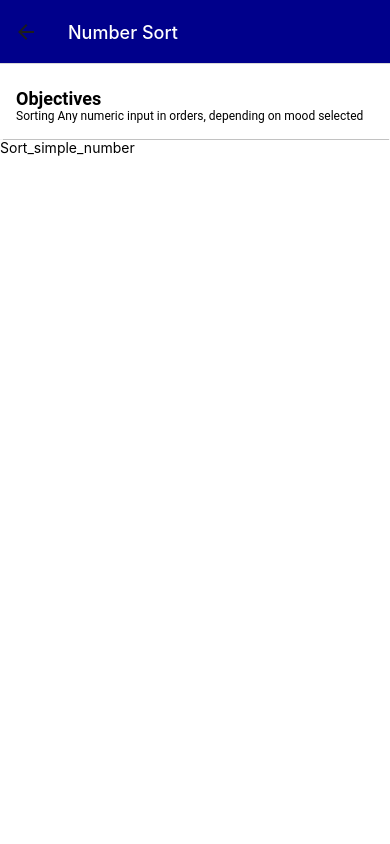
Repository: seyicoded/rn-crazy-algorithm-app
Screen: /Sort_simple_number
These files come from the project's save history. The screen is drawn as it stood at one moment and after the next save; the edit follows.
The app was drawn by React Native's web renderer in a window 390 px wide. The project was rebuilt for these pictures with package versions that can differ from the ones it lists, and the page was loaded fresh each time. Also part of the build but not shown: src/screens/sort.js, src/screens/filter.js, src/screens/advance.js, src/screens/sorts/Sort_alphabet.js.

Above is the screen before, as saved 2022-03-30 17:33:15.

After the next save:
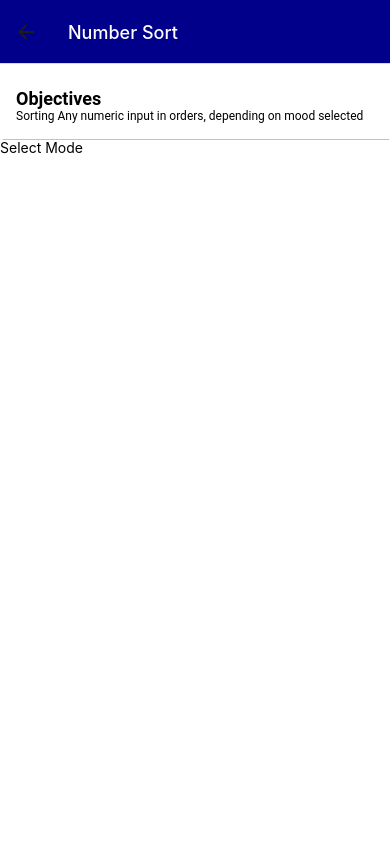
Saved 31 s later.
--- a/src/screens/sorts/Sort_simple_number.js
+++ b/src/screens/sorts/Sort_simple_number.js
@@ -17,7 +17,7 @@ export default function Sort_simple_number() {
                 </View>
         </Banner>
         <Text />
-      <Text>Sort_simple_number</Text>
+      <Text styles={styles.title_element}>Select Mode</Text>
     </View>
   )
 }
@@ -26,5 +26,8 @@ const styles = StyleSheet.create({
     container: {
         flex: 1,
         backgroundColor: '#fff',
+    },
+    title_element: {
+        fontWeight: '600',
     }
 })
